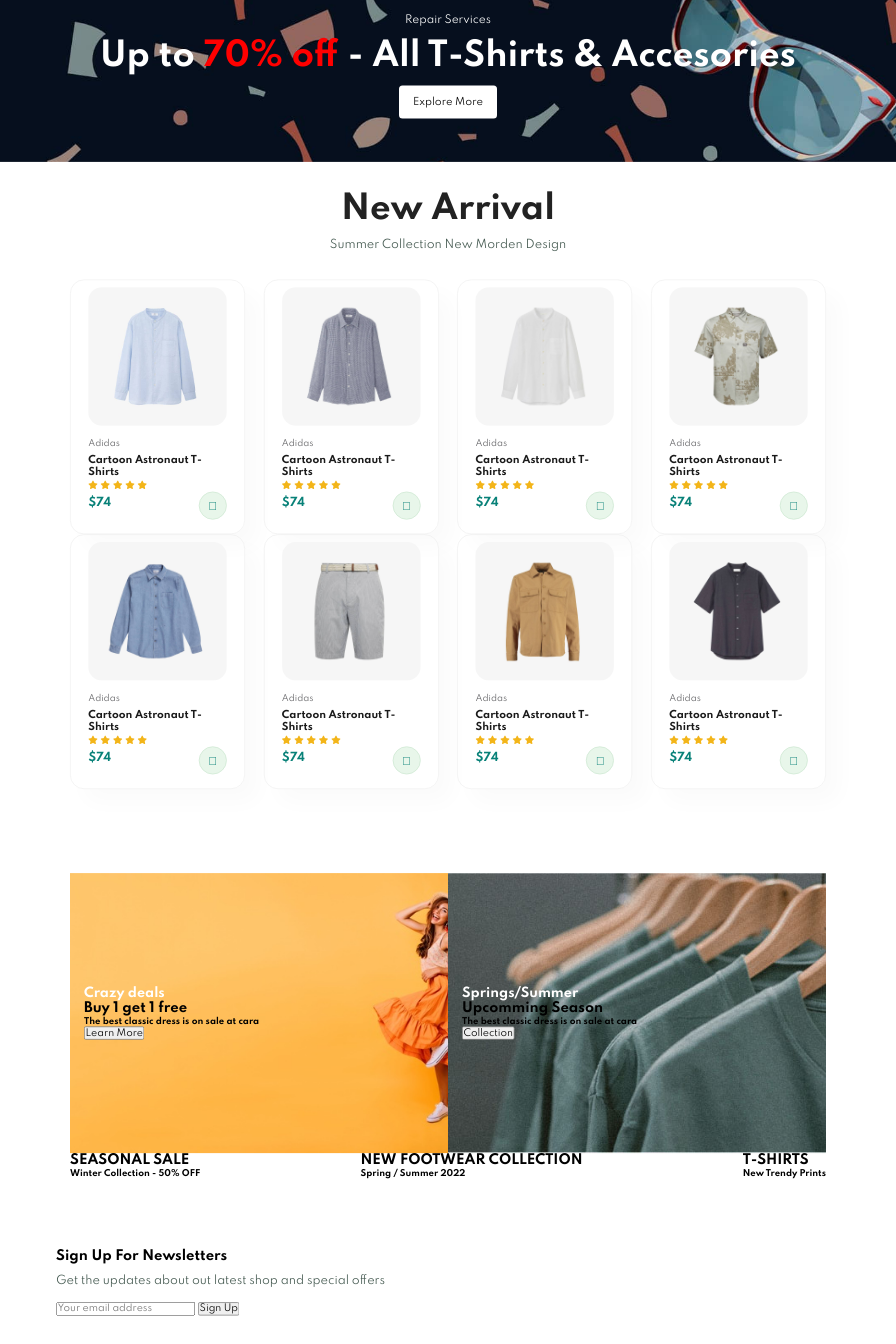
Repository: Daryllgio/E-Commerce-Website-UI
Page: index.html
These files come from the project's save history. The page is drawn as it stood at one moment and after the next save; the edit follows.
The browser window is 1280 px wide. The pictures show the part of the page from y = 2045 to 3965 px (the page is 3965 px tall), at 70% of full size.
Some web libraries are served in a nearby version.

Above is the page before, as saved 2024-12-31 23:17:21.

After the next save:
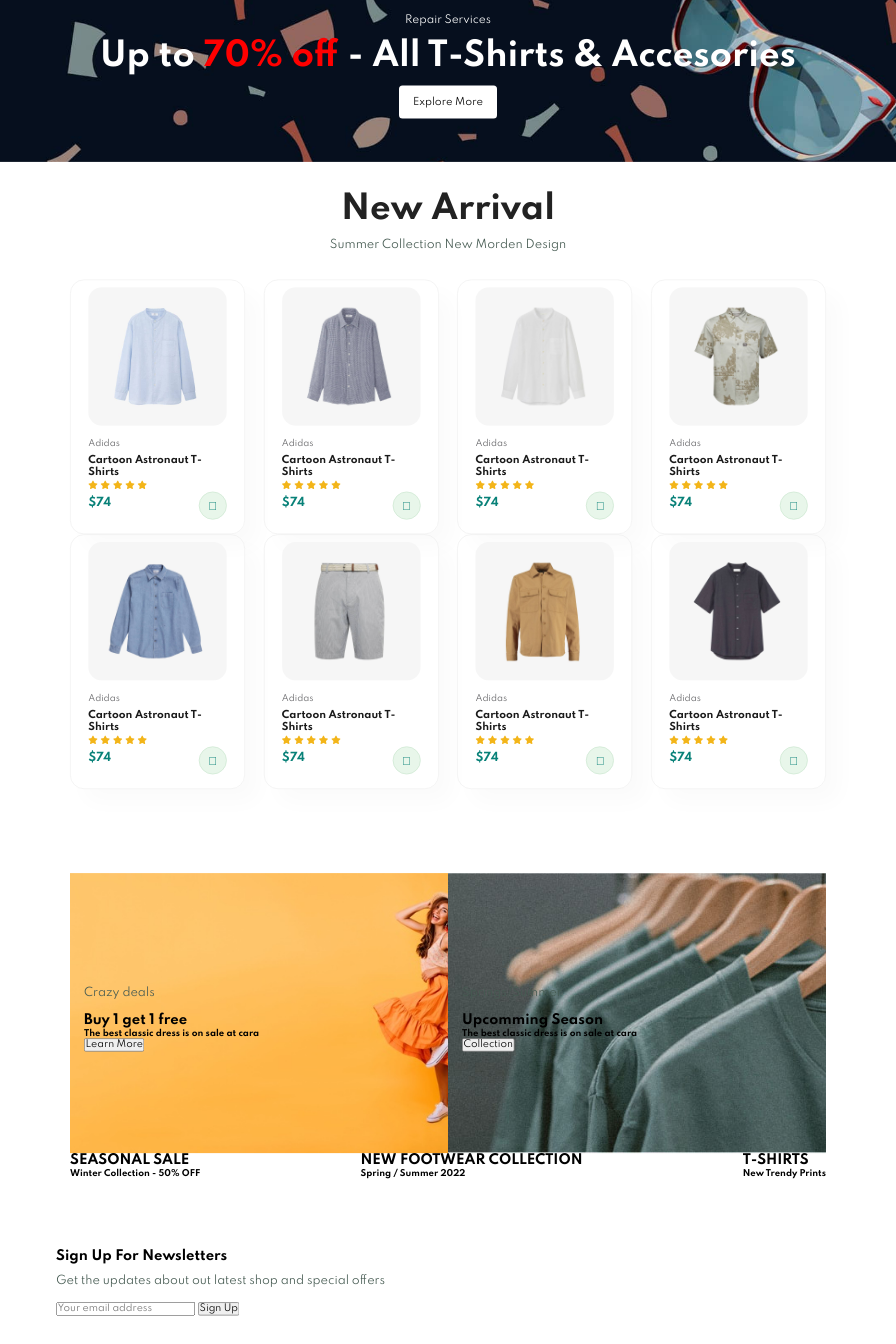
Saved 26 s later.
--- a/index.html
+++ b/index.html
@@ -437,9 +437,9 @@
         <div class="banner-MainContainer">
             <div class="banner-Container1">
                 <div class="banner-box">
-                    <h4>
+                    <p>
                         Crazy deals
-                    </h4>
+                    </p>
                     <h3>
                         Buy 1 get 1 free
                     </h3>
@@ -451,9 +451,9 @@
                     </button>
                 </div>
                 <div class="banner-box">
-                    <h4>
+                    <p>
                         Springs/Summer
-                    </h4>
+                    </p>
                     <h3>
                         Upcomming Season
                     </h3>
